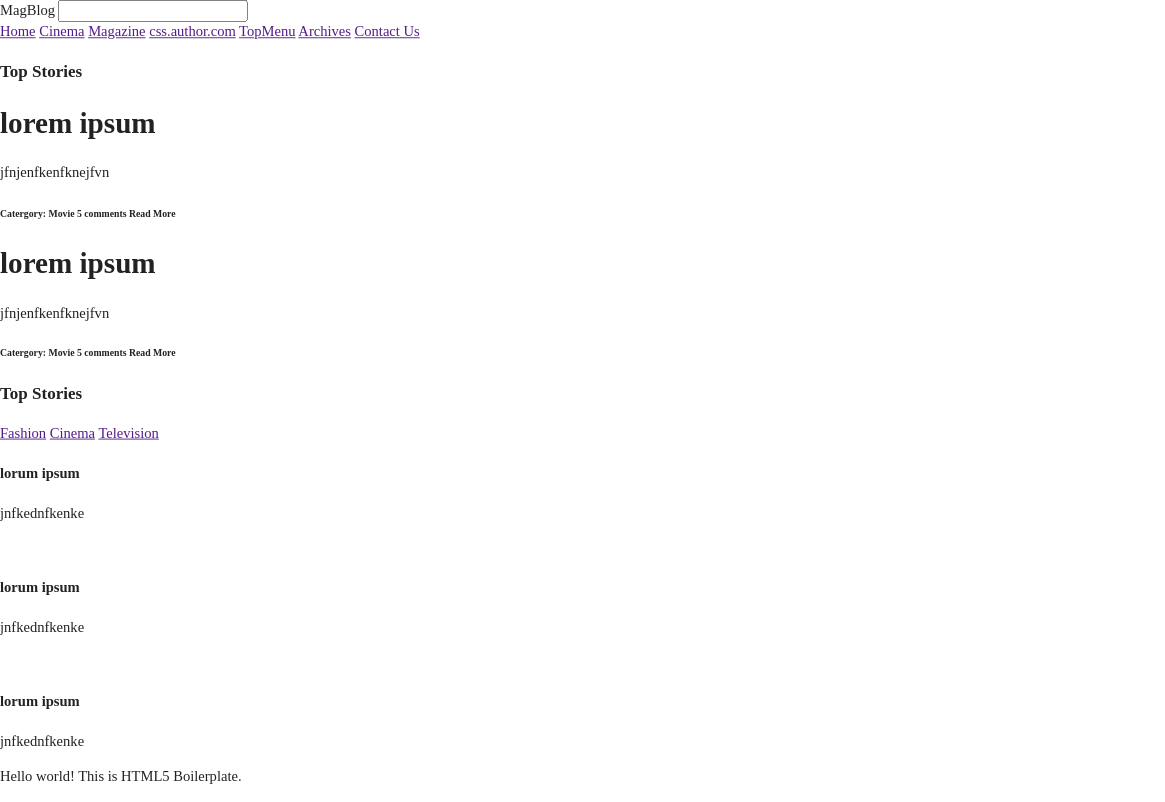
Repository: bguemos/project1lab3
Page: index.html
These files come from the project's save history. The page is drawn as it stood at one moment and after the next save; the edit follows.
The browser window is 1280 px wide. The pictures show the whole page, at 91% of full size.

Above is the page before, as saved 2023-01-17 21:33:54.

### index.html
<!doctype html>
<html class="no-js" lang="en">

<head>
  <meta charset="utf-8">
  <title> My bodacious blog</title>
  <meta name="description" content="A lab exercise">
  <meta name="viewport" content="width=device-width, initial-scale=1">

  <meta property="og:title" content="">
  <meta property="og:type" content="">
  <meta property="og:url" content="">
  <meta property="og:image" content="">

  <link rel="manifest" href="site.webmanifest">
  <link rel="apple-touch-icon" href="icon.png">
  <!-- Place favicon.ico in the root directory -->

  <link rel="stylesheet" href="css/normalize.css">
  <link rel="stylesheet" href="css/main.css">

  <meta name="theme-color" content="#fafafa">
</head>

<body>
  <div class="magazineheader">
    <hi>MagBlog</hi>
  <input class="headersearchbar">
  <div class="socialmedialinks"></div>
</div>
<div class="navigationlinks">
  <a href> Home</a>
  <a href> Cinema</a>
  <a href> Magazine</a>
  <a href> css.author.com</a>
  <a href>TopMenu</a>
  <a href> Archives</a>
  <a href> Contact Us</a>

</div>
  <div class="maincontent">
    <div class="topstories">
      <h3>Top Stories</h3>

    </div>
    <div class="avatar">
      <h1> lorem ipsum</h1>
      <p>jfnjenfkenfknejfvn</p>
      <h6> Catergory: Movie  5 comments Read More</h6>
    </div>
    <div class="avatar2">
      <h1> lorem ipsum</h1>
      <p>jfnjenfkenfknejfvn</p>
      <h6> Catergory: Movie  5 comments Read More</h6>

    </div>
    <div class="topstorysidebar">
      <h3>Top Stories</h3>
      <a href>Fashion</a>
      <a href>Cinema</a>
      <a href>Television</a>
      <h4>lorum ipsum</h4>
      <p>jnfkednfkenke</p>
      <br>
      <h4>lorum ipsum</h4>
      <p>jnfkednfkenke</p>
      <br>
      <h4>lorum ipsum</h4>
      <p>jnfkednfkenke</p>

    </div>
 </div>
 <div class="aftermaincontent">
  <div class="informationlinks"></div>



 </div>
 <div class="magazinefooter">

 </div>

  <!-- Add your site or application content here -->
  <p>Hello world! This is HTML5 Boilerplate.</p>
  <script src="js/vendor/modernizr-3.11.2.min.js"></script>
  <script src="js/plugins.js"></script>
  <script src="js/main.js"></script>

  <!-- Google Analytics: change UA-XXXXX-Y to be your site's ID. -->
  <script>
    window.ga = function () { ga.q.push(arguments) }; ga.q = []; ga.l = +new Date;
    ga('create', 'UA-XXXXX-Y', 'auto'); ga('set', 'anonymizeIp', true); ga('set', 'transport', 'beacon'); ga('send', 'pageview')
  </script>
  <script src="https://www.google-analytics.com/analytics.js" async></script>
</body>

</html>

### css/main.css
/*! HTML5 Boilerplate v8.0.0 | MIT License | https://html5boilerplate.com/ */

/* main.css 2.1.0 | MIT License | https://github.com/h5bp/main.css#readme */
/*
 * What follows is the result of much research on cross-browser styling.
 * Credit left inline and big thanks to Nicolas Gallagher, Jonathan Neal,
 * Kroc Camen, and the H5BP dev community and team.
 */

/* ==========================================================================
   Base styles: opinionated defaults
   ========================================================================== */

html {
  color: #222;
  font-size: 1em;
  line-height: 1.4;
}

/*
 * Remove text-shadow in selection highlight:
 * https://twitter.com/miketaylr/status/12228805301
 *
 * Vendor-prefixed and regular ::selection selectors cannot be combined:
 * https://stackoverflow.com/a/16982510/7133471
 *
 * Customize the background color to match your design.
 */

::-moz-selection {
  background: #b3d4fc;
  text-shadow: none;
}

::selection {
  background: #b3d4fc;
  text-shadow: none;
}

/*
 * A better looking default horizontal rule
 */

hr {
  display: block;
  height: 1px;
  border: 0;
  border-top: 1px solid #ccc;
  margin: 1em 0;
  padding: 0;
}

/*
 * Remove the gap between audio, canvas, iframes,
 * images, videos and the bottom of their containers:
 * https://github.com/h5bp/html5-boilerplate/issues/440
 */

audio,
canvas,
iframe,
img,
svg,
video {
  vertical-align: middle;
}

/*
 * Remove default fieldset styles.
 */

fieldset {
  border: 0;
  margin: 0;
  padding: 0;
}

/*
 * Allow only vertical resizing of textareas.
 */

textarea {
  resize: vertical;
}

/* ==========================================================================
   Author's custom styles
   ========================================================================== */

/* ==========================================================================
   Helper classes
   ========================================================================== */

/*
 * Hide visually and from screen readers
 */

.hidden,
[hidden] {
  display: none !important;
}

/*
 * Hide only visually, but have it available for screen readers:
 * https://snook.ca/archives/html_and_css/hiding-content-for-accessibility
 *
 * 1. For long content, line feeds are not interpreted as spaces and small width
 *    causes content to wrap 1 word per line:
 *    https://medium.com/@jessebeach/beware-smushed-off-screen-accessible-text-5952a4c2cbfe
 */

.sr-only {
  border: 0;
  clip: rect(0, 0, 0, 0);
  height: 1px;
  margin: -1px;
  overflow: hidden;
  padding: 0;
  position: absolute;
  white-space: nowrap;
  width: 1px;
  /* 1 */
}

/*
 * Extends the .sr-only class to allow the element
 * to be focusable when navigated to via the keyboard:
 * https://www.drupal.org/node/897638
 */

.sr-only.focusable:active,
.sr-only.focusable:focus {
  clip: auto;
  height: auto;
  margin: 0;
  overflow: visible;
  position: static;
  white-space: inherit;
  width: auto;
}

/*
 * Hide visually and from screen readers, but maintain layout
 */

.invisible {
  visibility: hidden;
}

/*
 * Clearfix: contain floats
 *
 * For modern browsers
 * 1. The space content is one way to avoid an Opera bug when the
 *    `contenteditable` attribute is included anywhere else in the document.
 *    Otherwise it causes space to appear at the top and bottom of elements
 *    that receive the `clearfix` class.
 * 2. The use of `table` rather than `block` is only necessary if using
 *    `:before` to contain the top-margins of child elements.
 */

.clearfix::before,
.clearfix::after {
  content: " ";
  display: table;
}

.clearfix::after {
  clear: both;
}

/* ==========================================================================
   EXAMPLE Media Queries for Responsive Design.
   These examples override the primary ('mobile first') styles.
   Modify as content requires.
   ========================================================================== */

@media only screen and (min-width: 35em) {
  /* Style adjustments for viewports that meet the condition */
}

@media print,
  (-webkit-min-device-pixel-ratio: 1.25),
  (min-resolution: 1.25dppx),
  (min-resolution: 120dpi) {
  /* Style adjustments for high resolution devices */
}

/* ==========================================================================
   Print styles.
   Inlined to avoid the additional HTTP request:
   https://www.phpied.com/delay-loading-your-print-css/
   ========================================================================== */

@media print {
  *,
  *::before,
  *::after {
    background: #fff !important;
    color: #000 !important;
    /* Black prints faster */
    box-shadow: none !important;
    text-shadow: none !important;
  }

  a,
  a:visited {
    text-decoration: underline;
  }

  a[href]::after {
    content: " (" attr(href) ")";
  }

  abbr[title]::after {
    content: " (" attr(title) ")";
  }

  /*
   * Don't show links that are fragment identifiers,
   * or use the `javascript:` pseudo protocol
   */
  a[href^="#"]::after,
  a[href^="javascript:"]::after {
    content: "";
  }

  pre {
    white-space: pre-wrap !important;
  }

  pre,
  blockquote {
    border: 1px solid #999;
    page-break-inside: avoid;
  }

  /*
   * Printing Tables:
   * https://web.archive.org/web/20180815150934/http://css-discuss.incutio.com/wiki/Printing_Tables
   */
  thead {
    display: table-header-group;
  }

  tr,
  img {
    page-break-inside: avoid;
  }

  p,
  h2,
  h3 {
    orphans: 3;
    widows: 3;
  }

  h2,
  h3 {
    page-break-after: avoid;
  }
}

### js/plugins.js
// Avoid `console` errors in browsers that lack a console.
(function() {
  var method;
  var noop = function () {};
  var methods = [
    'assert', 'clear', 'count', 'debug', 'dir', 'dirxml', 'error',
    'exception', 'group', 'groupCollapsed', 'groupEnd', 'info', 'log',
    'markTimeline', 'profile', 'profileEnd', 'table', 'time', 'timeEnd',
    'timeline', 'timelineEnd', 'timeStamp', 'trace', 'warn'
  ];
  var length = methods.length;
  var console = (window.console = window.console || {});

  while (length--) {
    method = methods[length];

    // Only stub undefined methods.
    if (!console[method]) {
      console[method] = noop;
    }
  }
}());

// Place any jQuery/helper plugins in here.

Loaded but not shown: css/normalize.css (library); js/vendor/modernizr-3.11.2.min.js (library); js/main.js (no stored copy; drawn as an empty file)

After the next save:
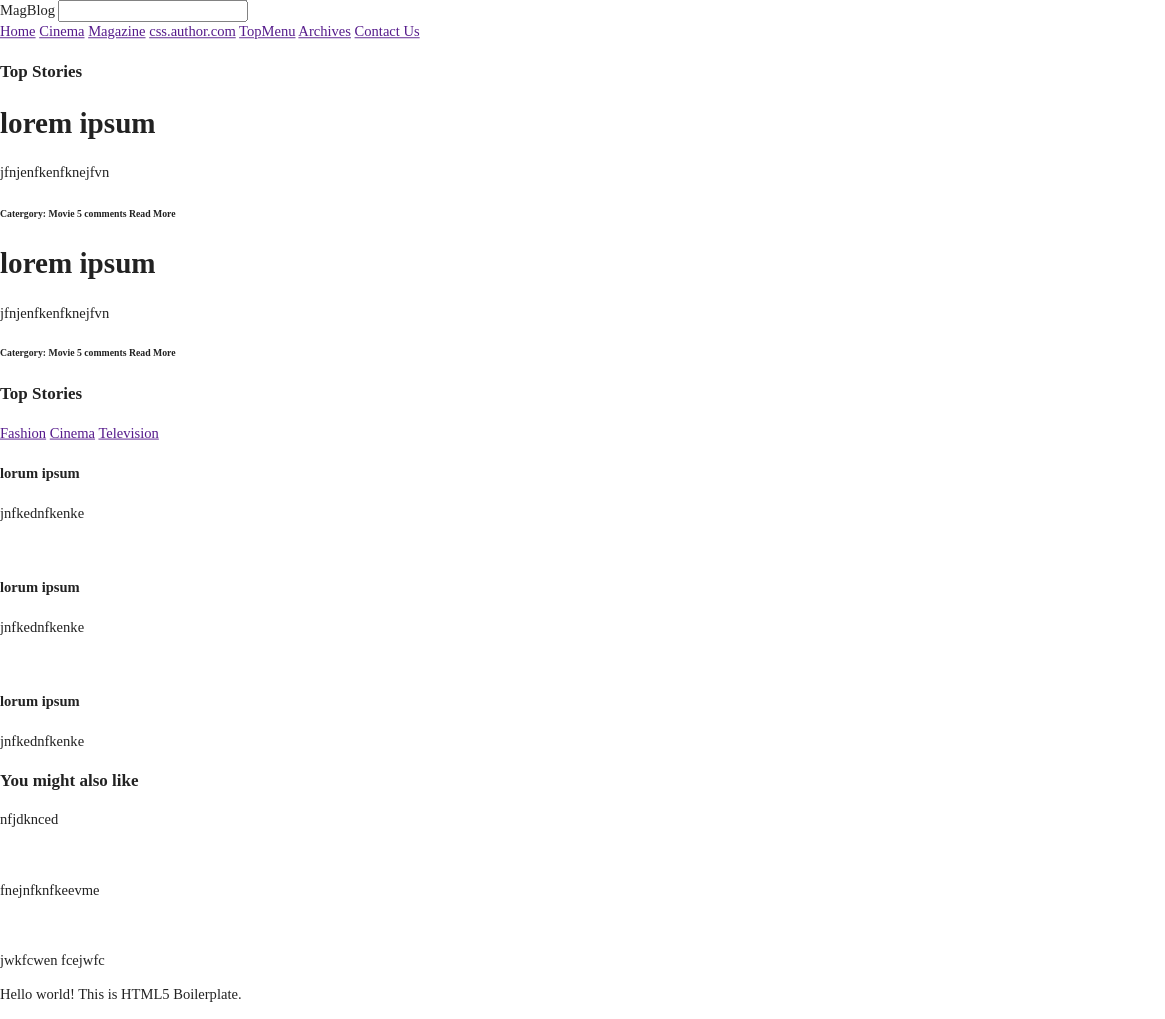
Saved 5 min 24 s later.
--- a/index.html
+++ b/index.html
@@ -68,6 +68,13 @@
       <h4>lorum ipsum</h4>
       <p>jnfkednfkenke</p>
 
+      <h3>You might also like</h3>
+      <p>nfjdknced</p>
+      <br>
+      <p>fnejnfknfkeevme</p>
+      <br>
+      <p>jwkfcwen fcejwfc</p>
+
     </div>
  </div>
  <div class="aftermaincontent">
